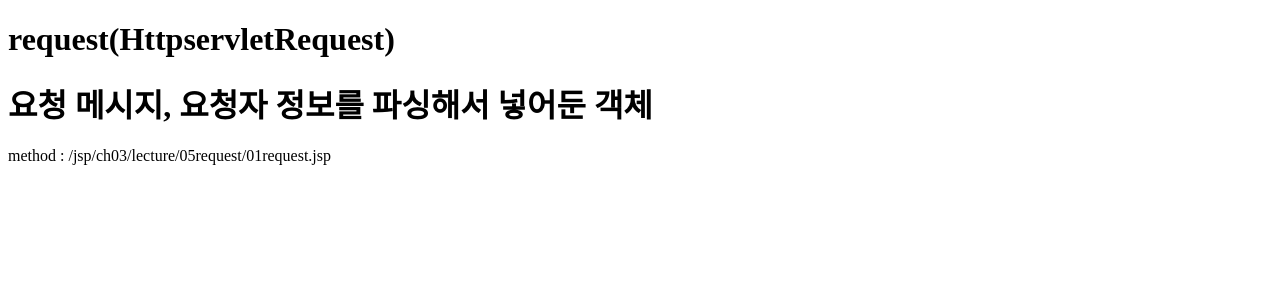
Repository: JJinBBangg/JSP
Page: http://localhost/jsp/ch03/lecture/05request/01request.jsp
The author's editor kept a copy of each file at every save. The page is drawn from the files as they stood at one save, then again after the next save.
The browser window is 1280 px wide. The pictures show the whole page.
The page is served by Tomcat 9. Other server files are loaded and not shown.

Above is the page before, as saved 2023-03-28 02:18:36.

### jsp/src/main/webapp/ch03/lecture/05request/01request.jsp
<%@ page language="java" contentType="text/html; charset=UTF-8"
    pageEncoding="UTF-8"%>
<!DOCTYPE html>
<html>
<head>
<meta charset="UTF-8">
<title>Insert title here</title>
</head>
<body>
	<h1>request(HttpservletRequest)</h1>
	<h1>요청 메시지, 요청자 정보를 파싱해서 넣어둔 객체</h1>

	<p>method : <%=request.getRequestURI() %></p>
</body>
</html>

After the next save:
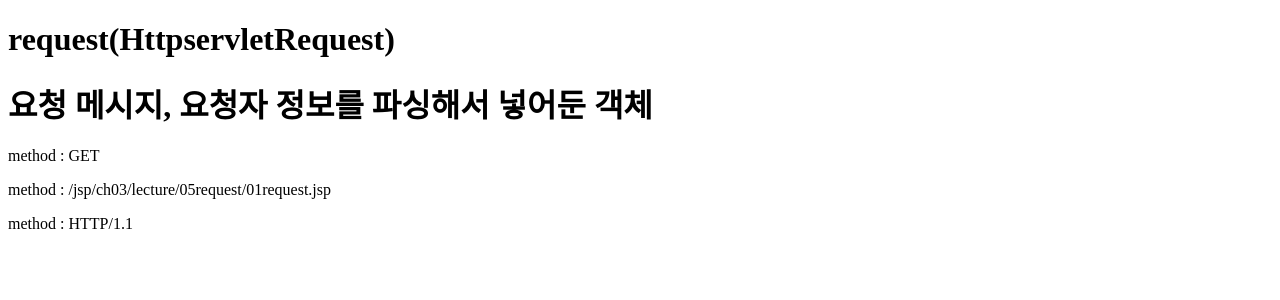
Saved 2 min 0 s later.
--- a/jsp/src/main/webapp/ch03/lecture/05request/01request.jsp
+++ b/jsp/src/main/webapp/ch03/lecture/05request/01request.jsp
@@ -10,6 +10,9 @@
 	<h1>request(HttpservletRequest)</h1>
 	<h1>요청 메시지, 요청자 정보를 파싱해서 넣어둔 객체</h1>
 
+	<p>method : <%=request.getMethod() %></p>
 	<p>method : <%=request.getRequestURI() %></p>
+	<p>method : <%=request.getProtocol() %></p>
+
 </body>
 </html>
